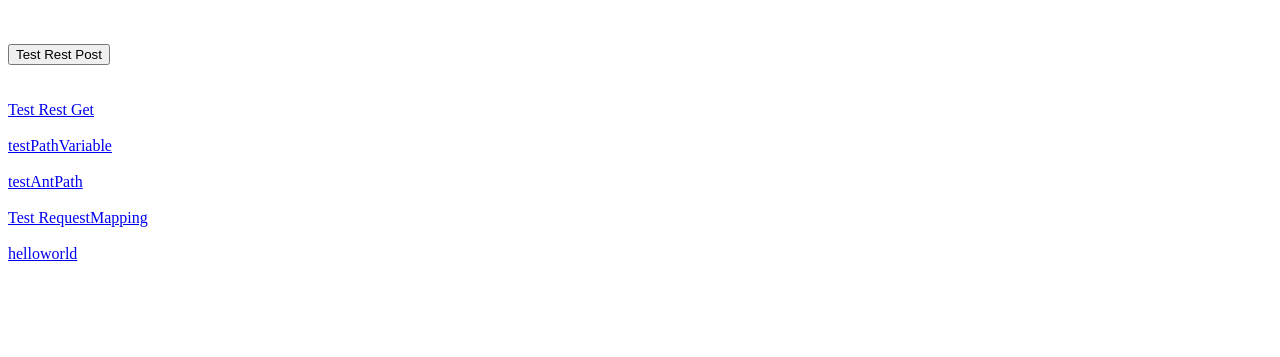
Repository: lhang662543608/Java-Study
Page: http://localhost/springmvc/
An editor plug-in stored every save of this project. The page is shown before and after the next save, followed by the edit.
The browser window is 1280 px wide. The pictures show the whole page.
The page is served by Tomcat 9.

Above is the page before, as saved 2020-07-13 09:19:15.

After the next save:
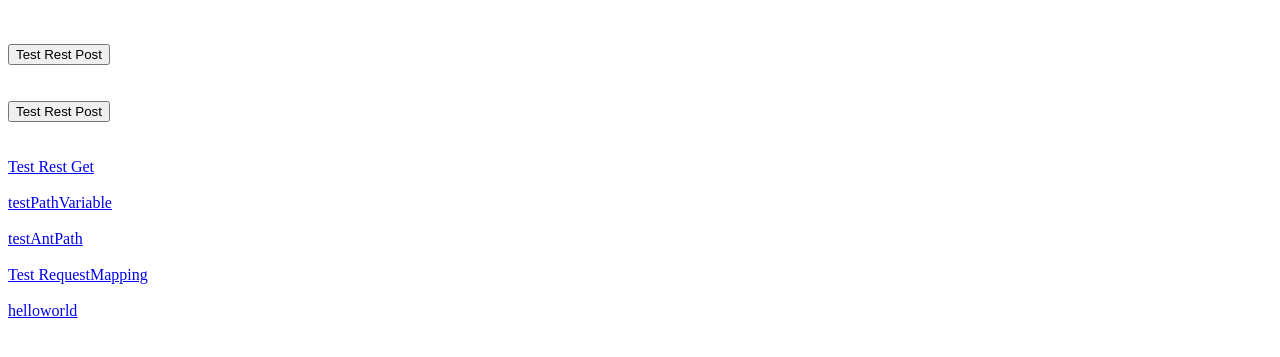
Saved 86 s later.
--- a/SpringMVC/springmvc/WebContent/index.jsp
+++ b/SpringMVC/springmvc/WebContent/index.jsp
@@ -7,6 +7,12 @@
 <title>Insert title here</title>
 </head>
 <body>
+	<br />
+	<br />
+	<form action="springmvc/testRest" method="post">
+		<input type="hidden" name="_method" value="DELETE"/>
+		<input type="submit" value="Test Rest Post" />
+	</form>
 	<br />
 	<br />
 	<form action="springmvc/testRest" method="post">
